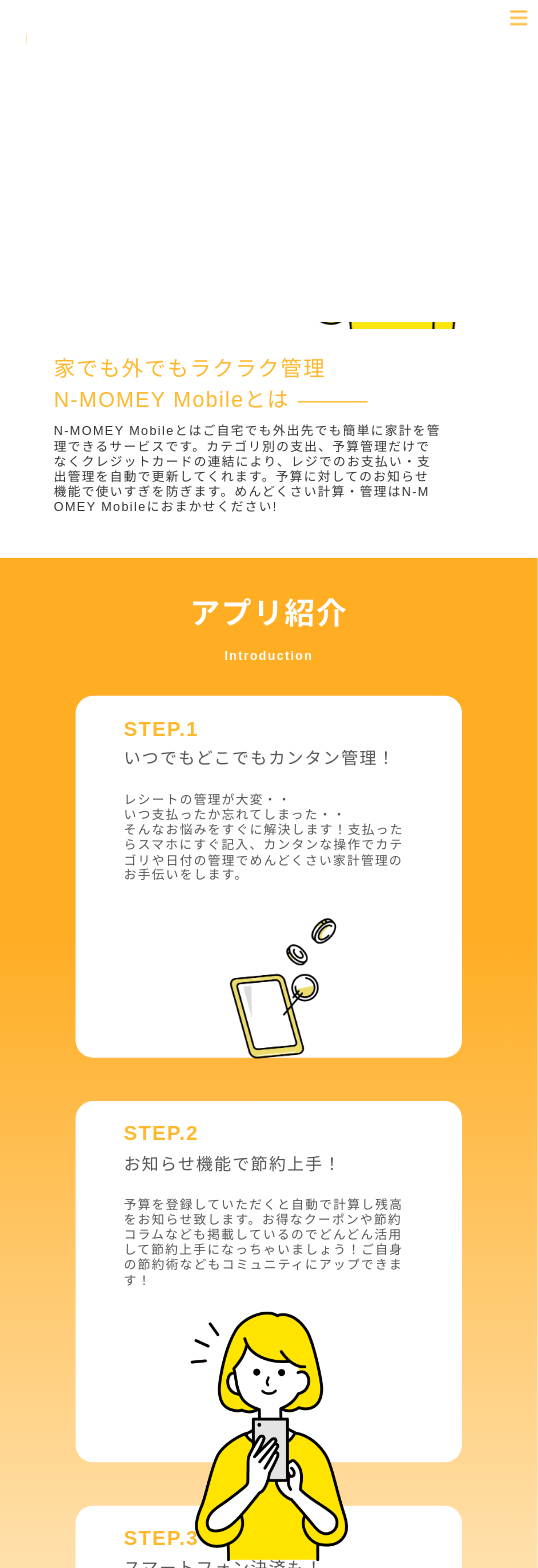
Repository: nozomi-23/lp2_test
Page: index.html
The author's editor kept a copy of each file at every save. The page is drawn from the files as they stood at one save, then again after a run of saves.
The browser window is 768 px wide. The pictures show the part of the page from y = 0 to 2240 px (the page is 6949 px tall), at 70% of full size.
Some web fonts or font styles are not loaded; a fallback is used.

Above is the page before, as saved 2022-06-19 15:49:18.

After the next 3 saves:
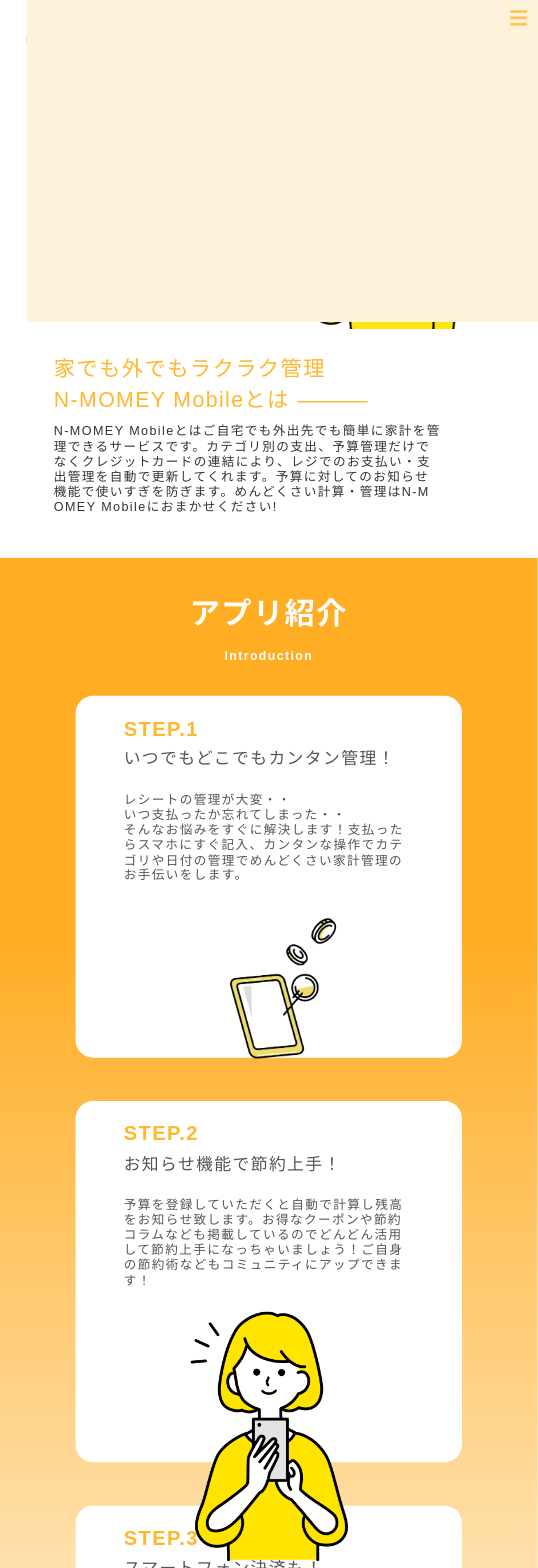
The 3 saves are shown as one change because they came seconds apart.
The last was saved 78 s later.
--- a/css/common.css
+++ b/css/common.css
@@ -462,7 +462,7 @@
       position: fixed;
       width: 100%;
       height: 100%;
-      background: #fff;
+      background: #FFF2DB;
       z-index: 50;
     }
     .header_nav ul {
